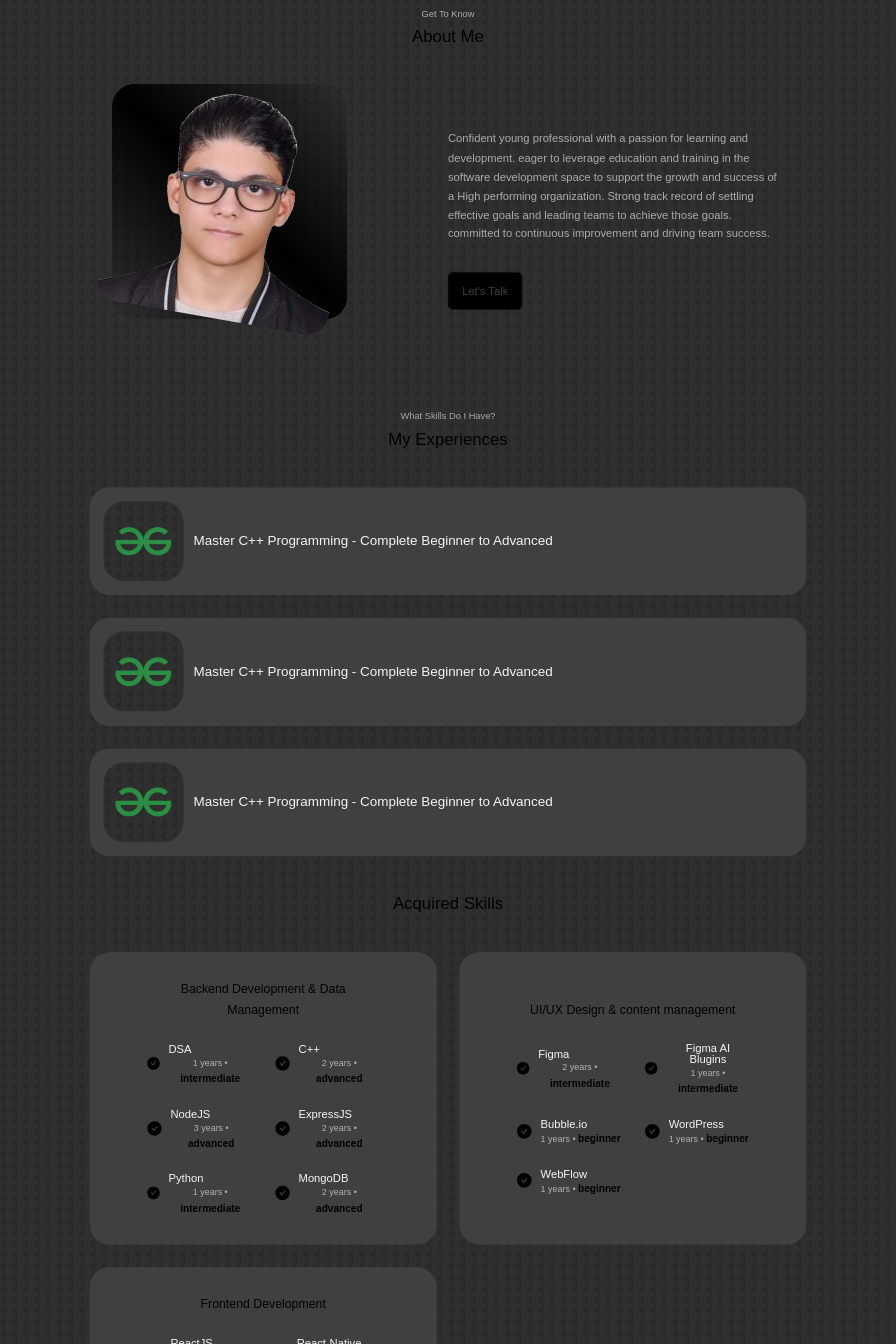
Repository: Z-Bahaa/project_joker_react_portfolio
Page: /
These files come from the project's save history. The page is drawn as it stood at one moment and after the next save; the edit follows.
The browser window is 1280 px wide. The pictures show the part of the page from y = 983 to 2903 px (the page is 5406 px tall), at 70% of full size.
Some web fonts or font styles are not loaded; a fallback is used. The project was rebuilt for these pictures with package versions that can differ from the ones it lists, and the page was loaded fresh each time. Imported but missing from the stored project, and not drawn on this page: src/assets/resume.pdf.

Above is the page before, as saved 2023-08-21 14:12:02.

After the next save:
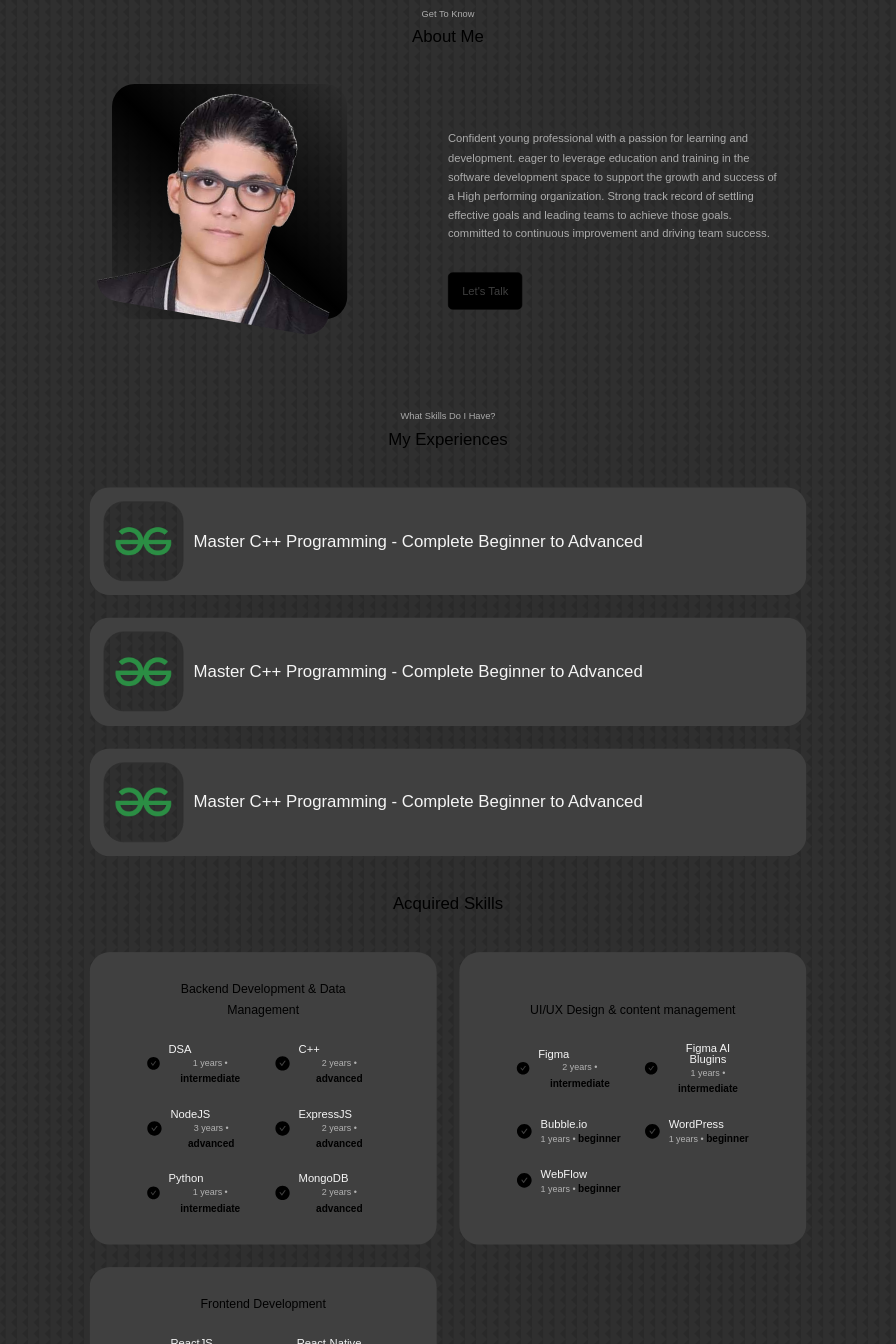
Saved 14 s later.
--- a/src/components/experience/experience.css
+++ b/src/components/experience/experience.css
@@ -86,7 +86,7 @@
 
 }
 .history__container>div .course-details-container h1{
-  font-size: 1.2rem;
+  font-size: 1.5rem;
 
 }
 
